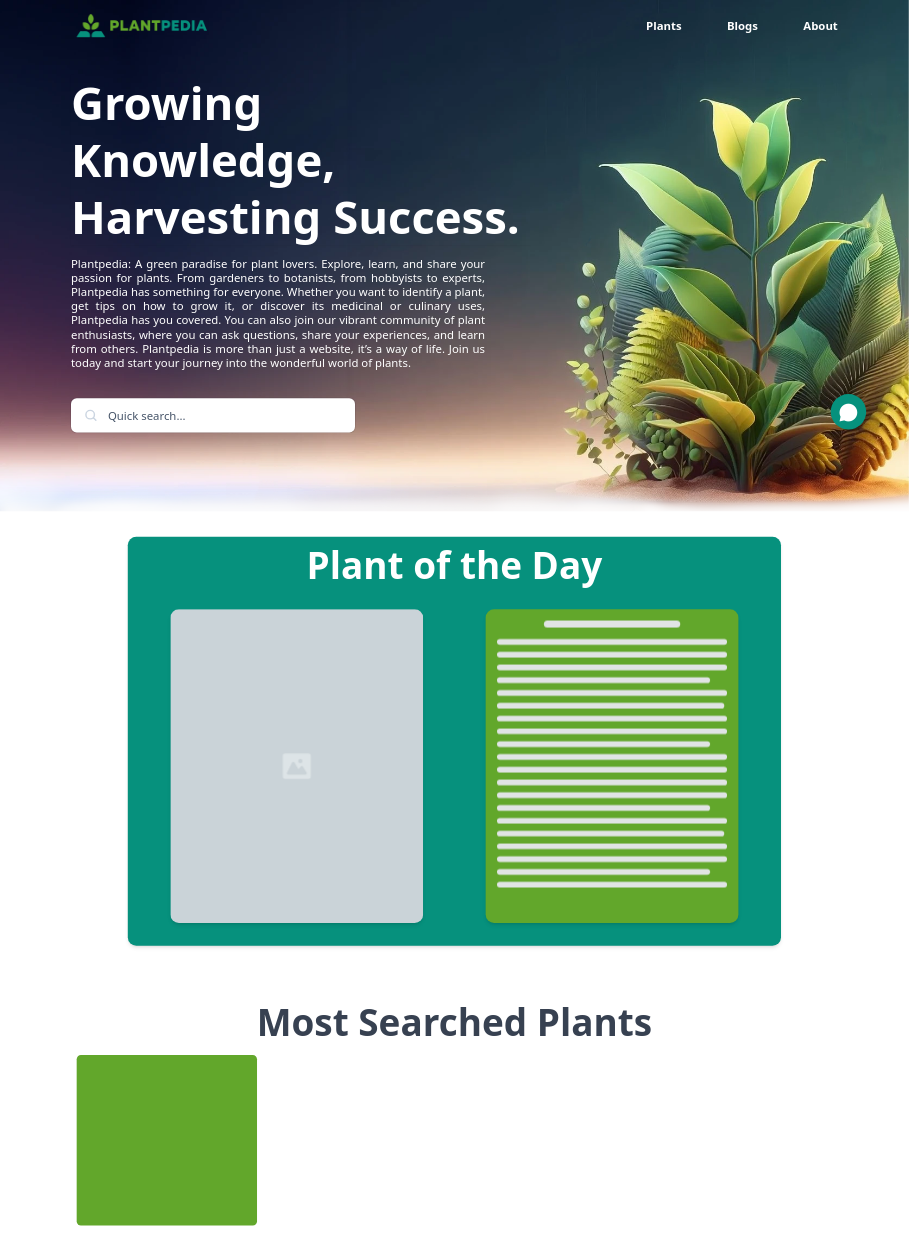
Repository: silham/PlantPedia
Page: /test/home
The author's editor kept a copy of each file at every save. The page is drawn from the files as they stood at one save, then again after the next save.
The browser window is 1280 px wide. The pictures show the whole page, at 71% of full size.
The page's requests for data from a server got no answer. The project was rebuilt for these pictures with package versions that can differ from the ones it lists, and the page was loaded fresh each time. The framework's server and built-in components were replaced by stand-ins that run in the browser. No one was signed in, and anything a server would have sent is missing. Also part of the build but not shown: next.config.js, app/components/SearchBox.css, app/test/Chat/style.css, app/utils/Formatter.ts.

Above is the page before, as saved 2023-10-16 16:06:15.

### app/layout.tsx
import "./globals.css";
import "remixicon/fonts/remixicon.css";
import type { Metadata } from "next";

export const metadata: Metadata = {
  title: "Plantpedia",
  description: "Growing knowledge, harvesting success",
};

export default function RootLayout({
  children,
}: {
  children: React.ReactNode;
}) {
  return (
    <html lang="en">
      <head>
        <meta
          name="format-detection"
          content="telephone=no, date=no, email=no, address=no"
        />
      </head>
      <body>{children}</body>
    </html>
  );
}

### app/test/home/page.tsx
import Image from "next/image";
import Link from "next/link";
import "./styles.css";
import { MainSearchBtn, SideSearchBtn } from "./SearchBtns";
import PlantOfDay from "./PlantOfDay";
import Chat from "../Chat/Chat";
import TrendingTopics from "./TrendingTopics";

const Home = () => {
  return (
    <>
      <section className="h-[100vh] w-[100vw] px-[100px] hero bg-cover text-white">
        <header className="h-[10vh] w-full flex justify-between py-2 items-center">
          <div className="h-full flex items-center justify-center">
            <Image src="/plantpedia.png" width={200} height={90} alt="logo" />
          </div>
          <nav className="flex justify-between text-[16px] font-semibold text-white w-[25%]">
            <Link href="/plants">Plants</Link>
            <Link href="/blogs">Blogs</Link>
            <Link href="/about#">About</Link>
          </nav>
        </header>
        <div className="w-[60%] h-full">
          <div className="flex flex-col justify-center h-full">
            <h2 className="text-[64px] font-extrabold leading-tight shadow-sm mb-4 -mt-[150px]">
              Growing Knowledge,
              <br />
              Harvesting Success.
            </h2>
            <h4 className="text-[16px] text-justify leading-tight w-[90%] mb-10">
              Plantpedia: A green paradise for plant lovers. Explore, learn, and
              share your passion for plants. From gardeners to botanists, from
              hobbyists to experts, Plantpedia has something for everyone.
              Whether you want to identify a plant, get tips on how to grow it,
              or discover its medicinal or culinary uses, Plantpedia has you
              covered. You can also join our vibrant community of plant
              enthusiasts, where you can ask questions, share your experiences,
              and learn from others. Plantpedia is more than just a website,
              it’s a way of life. Join us today and start your journey into the
              wonderful world of plants.
            </h4>
            <MainSearchBtn />
          </div>
        </div>
      </section>

      <section className="w-[100vw] px-[180px]">
        <PlantOfDay />
      </section>

      <section className="w-[100vw] px-[100px]">
        <TrendingTopics />
      </section>
      <SideSearchBtn />
      <Chat />
    </>
  );
};

export default Home;

### app/globals.css
@import url("https://fonts.googleapis.com/css2?family=Inter:wght@400;500;600&family=Poppins:wght@400;500;600&display=swap");
@tailwind base;
@tailwind components;
@tailwind utilities;

body {
  padding: 0;
  margin: 0;
  max-width: 100vw;
  overflow-x: hidden;
}

@layer utilities {
  .animation-delay-200 {
    animation-delay: 0.2s;
  }
  .animation-delay-400 {
    animation-delay: 0.4s;
  }
}

.circle {
  @apply w-2 h-2 mx-1 mb-0.5 mt-1 bg-gray-500 rounded-full;
}

### app/test/home/styles.css
.hero {
  background-image: url("/hero-bg.png");
}

.animate-sideSearchBtn-in {
  animation: animation-search-in 500ms ease-in forwards;
}

@keyframes animation-search-in {
  0% {
    opacity: 0;
    right: 0;
  }
  100% {
    opacity: 1;
    right: 60px;
  }
}

.animate-sideSearchBtn-out {
  animation: animation-search-out 500ms ease-out forwards;
}

@keyframes animation-search-out {
  0% {
    opacity: 1;
    right: 60px;
  }
  100% {
    opacity: 0;
    right: 0;
  }
}

### app/test/home/SearchBtns.tsx
"use client";
import SearchBox from "@/app/components/SearchBox";
import { useEffect, useRef } from "react";
import "./styles.css";

export const MainSearchBtn: React.FC = () => {
  const overlayRef = useRef<HTMLDivElement>(null);

  // This function is called when the "Start Searching" button gets clicked
  const openSearch = () => {
    if (overlayRef.current) {
      overlayRef.current.style.width = "100%";
    }
  };

  // This function is called when the "Close" button is clicked
  const closeSearch = () => {
    if (overlayRef.current) {
      overlayRef.current.style.width = "0%";
    }
  };
  return (
    <>
      <div>
        <button
          onClick={openSearch}
          type="button"
          className="hidden sm:flex items-center w-[400px] text-left space-x-3 px-4 h-12 bg-white ring-1 ring-slate-900/10 hover:ring-slate-300 focus:outline-none focus:ring-2 focus:ring-sky-500 shadow-sm rounded-lg text-slate-600"
        >
          <svg
            width="24"
            height="24"
            fill="none"
            stroke="currentColor"
            strokeWidth="2"
            strokeLinecap="round"
            strokeLinejoin="round"
            className="flex-none text-slate-300 dark:text-slate-400"
            aria-hidden="true"
          >
            <path d="m19 19-3.5-3.5"></path>
            <circle cx="11" cy="11" r="6"></circle>
          </svg>
          <span className="flex-auto">Quick search...</span>
        </button>
      </div>
      {/* The search overlay */}
      <div
        ref={overlayRef}
        className="flex h-[100vh] max-h-[100vh] w-0 fixed top-0 left-0 bg-black bg-opacity-90 duration-500 overflow-hidden z-10 "
      >
        <button
          className="absolute top-[20px] right-10 text-[60px] border-none bg-transparent cursor-pointer text-white"
          onClick={closeSearch}
        >
          &times;
        </button>
        <div className="relative top-[15%] w-full text-center mt-[30px] ">
          <SearchBox
            props={{
              n: 8,
              content: "",
              className:
                "relative w-[88%] flex justify-between items-center mx-[80px] rounded-full bg-[#EEF5B1] text-black",
              classNameUl:
                "absolute top-full left-0 right-0 z-10 bg-[#EEF5B1] rounded-lg shadow-lg overflow-hidden mt-[3px]",
              classNameLi: "border-b-[1px] border-gray-400",
              classNameLink:
                "px-4 py-2 hover:bg-gray-400 transition-colors flex flex-row justify-between items-center",
            }}
          />
        </div>
      </div>
    </>
  );
};

export const SideSearchBtn: React.FC = () => {
  const overlayRef = useRef<HTMLDivElement>(null);

  // This function is called when the "Start Searching" button gets clicked
  const openSearch = () => {
    if (overlayRef.current) {
      overlayRef.current.style.width = "100%";
    }
  };

  // This function is called when the "Close" button is clicked
  const closeSearch = () => {
    if (overlayRef.current) {
      overlayRef.current.style.width = "0%";
    }
  };
  useEffect(() => {
    const handleScroll = () => {
      const sideSearchBtn = document.getElementById("sideSearchBtn");
      var vh = window.innerHeight;
      var scrollHeight = window.scrollY;
      if (
        scrollHeight < vh * 0.2 &&
        sideSearchBtn?.classList.contains("animate-sideSearchBtn-in")
      ) {
        sideSearchBtn.classList.remove("animate-sideSearchBtn-in");
        sideSearchBtn.classList.add("animate-sideSearchBtn-out");
      }
      if (scrollHeight >= vh * 0.2) {
        sideSearchBtn?.classList.remove("animate-sideSearchBtn-out");
        sideSearchBtn?.classList.add("animate-sideSearchBtn-in");
      }
    };

    window.addEventListener("scroll", handleScroll);

    // Cleanup function to remove the event listener
    return () => {
      window.removeEventListener("scroll", handleScroll);
    };
  }, []); // Empty dependency array means this effect runs once on mount and cleanup on unmount

  return (
    <>
      <div
        id="sideSearchBtn"
        className="fixed bottom-[50px] right-0 opacity-0 rounded-full bg-custom-blue-green shadow-xl w-[50px] h-[50px] flex items-center justify-center cursor-pointer"
        onClick={openSearch}
      >
        <i className="text-[24px] text-white ri-search-2-line"></i>
      </div>
      {/* The search overlay */}
      <div
        ref={overlayRef}
        className="flex h-[100vh] max-h-[100vh] w-0 fixed top-0 left-0 bg-black bg-opacity-90 duration-500 overflow-hidden z-10 "
      >
        <button
          className="absolute top-[20px] right-10 text-[60px] border-none bg-transparent cursor-pointer text-white"
          onClick={closeSearch}
        >
          &times;
        </button>
        <div className="relative top-[15%] w-full text-center mt-[30px] ">
          <SearchBox
            props={{
              n: 8,
              content: "",
              className:
                "relative w-[88%] flex justify-between items-center mx-[80px] rounded-full bg-[#EEF5B1] text-black",
              classNameUl:
                "absolute top-full left-0 right-0 z-10 bg-[#EEF5B1] rounded-lg shadow-lg overflow-hidden mt-[3px]",
              classNameLi: "border-b-[1px] border-gray-400",
              classNameLink:
                "px-4 py-2 hover:bg-gray-400 transition-colors flex flex-row justify-between items-center",
            }}
          />
        </div>
      </div>
    </>
  );
};

### app/test/home/TrendingTopics.tsx
import React from "react";
import PlantCard from "./PlantCard";

const TrendingTopics = () => {
  return (
    <div className="flex w-full py-8 flex-col">
      <div className="w-full flex justify-center">
        <h3 className="text-[52px] text-gray-700 font-black">
          Most Searched Plants
        </h3>
      </div>
      <div className="w-full flex flex-wrap ">
        <PlantCard />
      </div>
    </div>
  );
};

export default TrendingTopics;

### app/components/SearchBox.tsx
"use client";
import Link from "next/link";
import { useEffect, useRef, useState } from "react";
import "./SearchBox.css";
import UrlGen from "../utils/SlugGen";

interface Props {
  props: {
    content: string;
    className: string;
    classNameUl: string;
    classNameLi: string;
    classNameLink: string;
    n: number;
  };
}

function SearchBox({ props }: Props) {
  const [searchTerm, setSearchTerm] = useState("");
  const [results, setResults] = useState([
    {
      id: "",
      common_name: "",
      scientific_name: "",
      type: "",
    },
  ]);
  const [isFocused, setIsFocused] = useState(false);
  const containerRef = useRef<HTMLDivElement>(null);
  const searchRef = useRef<HTMLInputElement>(null);

  let type = "";
  let term = "";
  const handleChange = async () => {
    if (searchRef.current !== null) {
      term = searchRef.current.value;
    }
    setSearchTerm(term);
    if (term.length > 0) {
      try {
        const res = await fetch(
          `http://localhost:3000/api/searchbar?q=${term}&type=${type}`
        );
        const data = await res.json();
        console.log(data);
        setResults(data);
        console.log(results);
      } catch (error) {
        console.log(error);
      }
    }
  };

  const clearSearch = () => {
    if (searchRef.current !== null) {
      searchRef.current.value = "";
    }

    setSearchTerm("");
    handleChange();
  };

  const handleFocus = () => {
    setIsFocused(true);
  };

  const handleBlur = () => {
    setTimeout(() => {
      setIsFocused(false);
    }, 500);
  };

  const handleClickOutside = (event: MouseEvent) => {
    if (
      containerRef.current &&
      !containerRef.current.contains(event.target as Node)
    ) {
      setIsFocused(false);
    }
  };

  useEffect(() => {
    document.addEventListener("mousedown", handleClickOutside);
    return () => {
      document.removeEventListener("mousedown", handleClickOutside);
    };
  }, []);

  useEffect(() => {
    if (searchRef.current) {
      searchRef.current.value = props.content;
      setSearchTerm(props.content);
    }
  }, []);

  return (
    <div className={props.className} ref={containerRef}>
      <input
        type="text"
        spellCheck="false"
        placeholder="Search for plants, plant disease & solutions and blogs..."
        className="w-[95%] h-[40px] focus:outline-none px-[15px] bg-transparent"
        maxLength={200}
        value={searchTerm}
        onChange={handleChange}
        id="searchBar"
        onFocus={handleFocus}
        onBlur={handleBlur}
        ref={searchRef}
        autoComplete="off"
        autoFocus
      />
      <div
        className="bg-black w-[32px] h-[32px] rounded-full mr-[4px] flex justify-center items-center cursor-pointer"
        onClick={clearSearch}
      >
        <i
          className={`text-[22px] text-white ${
            searchTerm ? "ri-close-line" : "ri-search-2-line"
          }`}
        ></i>
      </div>
      {searchTerm && isFocused && (
        <ul className={props.classNameUl}>
          <li className={props.classNameLi}>
            <Link
              href={`/api/search?q=${searchTerm}`}
              className={props.classNameLink}
            >
              {searchTerm}
            </Link>
          </li>
          {results[0].id != "" &&
            results.slice(0, props.n).map(
              (
                result: {
                  id: string;
                  type: string;
                  common_name: string;
                  scientific_name: string;
                },
                index
              ) => (
                <li key={index} className={props.classNameLi}>
                  <Link
                    href={UrlGen(
                      result.type.toLowerCase(),
                      result.scientific_name
                    )}
                    className={props.classNameLink}
                  >
                    <div className="flex">
                      <h4 className="font-semibold">{result.common_name}</h4>
                      <h5 className="text-gray-700 italic">
                        &nbsp;&#40;{result.scientific_name}&#41;
                      </h5>
                    </div>
                    <div
                      className={`rounded-full px-[7px] text-[12px] capitalize ${
                        result.type == "PLANTS"
                          ? "bg-green-400"
                          : result.type == "PESTS"
                          ? "bg-red-400"
                          : result.type == "BLIGHTS"
                          ? "bg-red-400"
                          : result.type == "PESTICIDES"
                          ? "bg-yellow-400"
                          : "bg-blue-400"
                      }`}
                    >
                      {result.type.toLowerCase()}
                    </div>
                  </Link>
                </li>
              )
            )}
        </ul>
      )}
    </div>
  );
}

export default SearchBox;

### app/utils/TextShorter.tsx
const TextShorter = (text: string, letters: number) => {
  if (text.length > letters) {
    return text.slice(0, letters - 2) + "...";
  } else {
    return text;
  }
};

export default TextShorter;

### app/utils/SlugGen.ts
const UrlGen = (type: string,scientific_name: string) => {
    let slug = scientific_name.replace(/ /g, "-").toLowerCase();
    let url = "/" + type.toLowerCase() + "/" + slug
    return url
}

export default UrlGen

### app/test/home/PlantCard.tsx
import React from "react";

const PlantCard = () => {
  return (
    <div className="w-[25%] p-2">
      <div className="w-full h-60 bg-custom-green rounded-md"></div>
    </div>
  );
};

export default PlantCard;

### tailwind.config.ts
import type { Config } from 'tailwindcss'

const config: Config = {
  content: [
    './pages/**/*.{js,ts,jsx,tsx,mdx}',
    './components/**/*.{js,ts,jsx,tsx,mdx}',
    './app/**/*.{js,ts,jsx,tsx,mdx}',
  ],
  theme: {
    extend: {
      backgroundImage: {
        'gradient-radial': 'radial-gradient(var(--tw-gradient-stops))',
        'gradient-conic':
          'conic-gradient(from 180deg at 50% 50%, var(--tw-gradient-stops))',
      },
      colors:{
        'custom-green': '#62A72B',
        'custom-blue-green': '#06917D',
      },
      animation: {
        loader: 'loader 0.6s infinite alternate'
      },
      keyframes: {
        loader: {
          to: {
            opacity: "0.1",
            transform: 'translate3d(0, -0.3rem, 0)'
          }
        }
      }
    },
  },
  plugins: [],
}
export default config

Loaded but not shown: app/test/Chat/Chat.tsx (199 lines, source omitted); app/test/home/PlantOfDay.tsx (139 lines, source omitted)

After the next save:
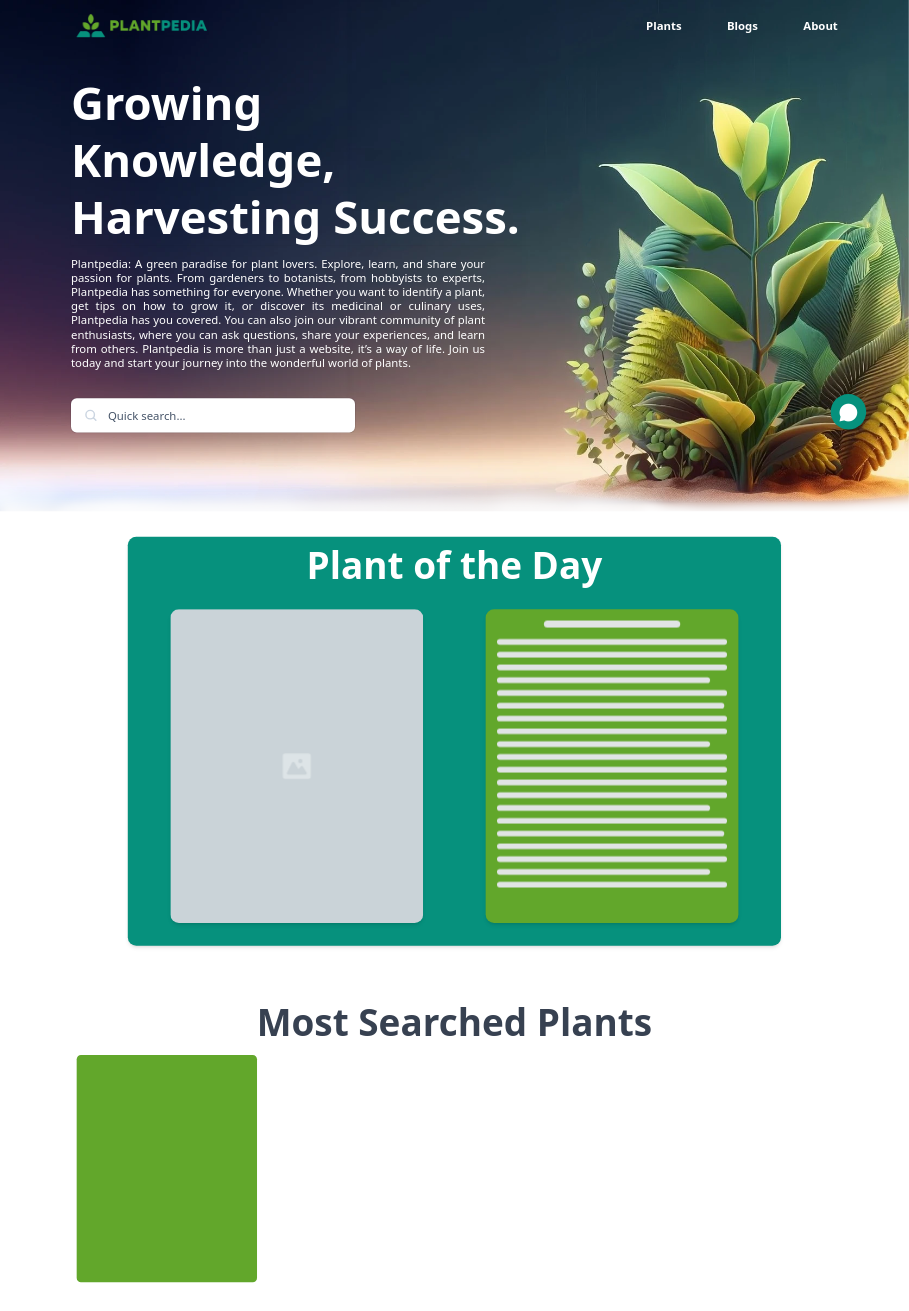
Saved 16 s later.
--- a/app/test/home/PlantCard.tsx
+++ b/app/test/home/PlantCard.tsx
@@ -3,7 +3,7 @@ import React from "react";
 const PlantCard = () => {
   return (
     <div className="w-[25%] p-2">
-      <div className="w-full h-60 bg-custom-green rounded-md"></div>
+      <div className="w-full h-80 bg-custom-green rounded-md"></div>
     </div>
   );
 };
